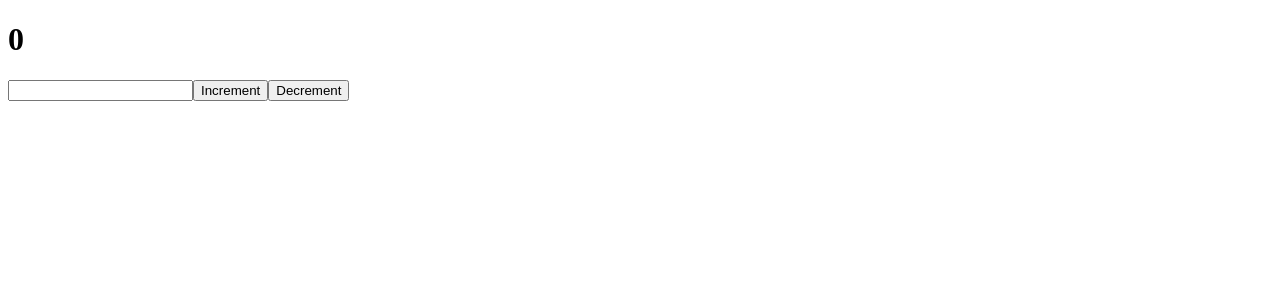
Repository: otvertka/ulb2_react
Page: / (app in jk_project/)
These files come from the project's save history. The page is drawn as it stood at one moment and after the next save; the edit follows.
The browser window is 1280 px wide. The pictures show the whole page.
The project was rebuilt for these pictures with package versions that can differ from the ones it lists, and the page was loaded fresh each time.

Above is the page before, as saved 2023-09-07 11:39:20.

After the next save:
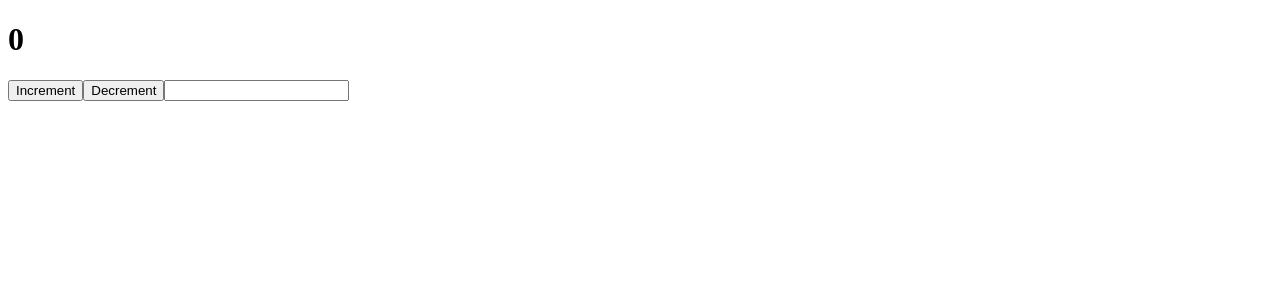
Saved 30 s later.
--- a/jk_project/src/App.js
+++ b/jk_project/src/App.js
@@ -1,4 +1,5 @@
 import React, { useState } from "react";
+import Counter from "./component/Counter";
 
 function App() {
   const [count, setCount] = useState(0);
@@ -11,17 +12,13 @@ function App() {
     setCount(count - 1);
   }
   function inpHandler(event) {
-    // event.preventDefault();
     setValue(event.target.value);
   }
 
   return (
     <div className="App">
-      <h1>{count}</h1>
-      <h1>{value}</h1>
+      <Counter />
       <input onChange={inpHandler} type="text" value={value} />
-      <button onClick={incr}>Increment </button>
-      <button onClick={decr}>Decrement </button>
     </div>
   );
 }
